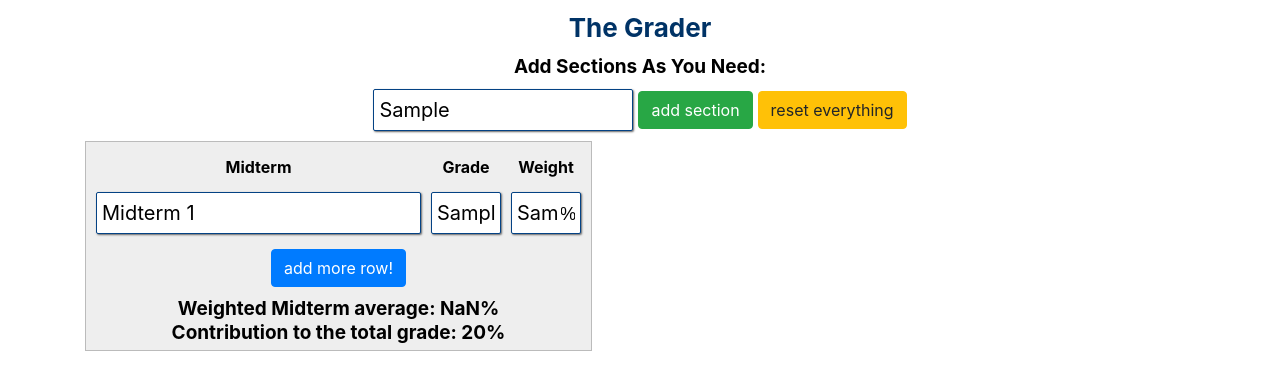
Repository: BarishNamazov/BarishNamazov.github.io
Page: thegrader/index.html
An editor plug-in stored every save of this project. The page is shown before and after the next save, followed by the edit.
The browser window is 1280 px wide. The pictures show the whole page.
Empty fields were first filled with sample values (such as "Sample", 5 or name@example.com).
After loading, the first visible `input.gradeValue` was changed once.

Above is the page before, as saved 2020-10-31 18:50:29.

### thegrader/index.html
<!doctype html>
<html lang="en">
  <head>
    <meta charset="utf-8">
    <meta name="viewport" content="width=device-width, initial-scale=1, shrink-to-fit=no">

    <!-- Bootstrap CSS -->
    <link rel="stylesheet" href="https://cdn.jsdelivr.net/npm/bootstrap@4.5.3/dist/css/bootstrap.min.css" integrity="sha384-TX8t27EcRE3e/ihU7zmQxVncDAy5uIKz4rEkgIXeMed4M0jlfIDPvg6uqKI2xXr2" crossorigin="anonymous">

    <!-- Custon CSS -->
    <link rel="stylesheet" href="app.css">

    <title>The Grader</title>
  </head>
  <body>
    <div class="container">
      <div class="row">
        <div class="col-lg-12">
          <h1>The Grader</h1>

          <h3>Add Sections As You Need:</h3>

          <div class="divSectionAdder">
            <input type="text" class="sectionName" placeholder="section name (e.g. Quiz)"><button valign="center" class="btn btn-success sectionAdder" id="sectionAdder">add section</button><button style="margin-left: 5px" valign="center" class="btn btn-warning resetter">reset everything</button>
          </div>

          <table class="gradePanel">
            <tbody>
              <tr>
                <td>
                  <table>
                    <tbody>
                      <tr class="rowHeader">
                        <td class="tableHeader tableName"><strong>Midterm</strong></td>
                        <td class="tableHeader"><strong>Grade</strong></td>
                        <td class="tableHeader"><strong>Weight</strong></td>
                      </tr>
                      <tr>
                        <td><input type="text" class="gradeName" value="Midterm 1"></td>
                        <td><input type="text" class="gradeValue" placeholder="100"></td>
                        <td><input type="text" class="gradeWeight percentIcon" placeholder="20"></td>
                      </tr>
                    </tbody>
                  </table>

                  <div class="moreRows"></div>

                  <button class="btn btn-primary rowAdder" id="section1RowAdder">add more row!</button>

                  <div class="gradeBar">
                    <h3>
                      Weighted <span class="nameOfSection">Midterm</span> average: <span class="sectionAverage">100</span>%
                      <br>
                      Contribution to the total grade: <span class="sectionContribution">20</span>%
                    </h3>
                  </div>
                </td>
              </tr>
            </tbody>
          </table>
          <div class="moreSections"></div>
        </div>
      </div>
    </div>



    <script src="https://code.jquery.com/jquery-3.5.1.slim.min.js" integrity="sha384-DfXdz2htPH0lsSSs5nCTpuj/zy4C+OGpamoFVy38MVBnE+IbbVYUew+OrCXaRkfj" crossorigin="anonymous"></script>
    <script src="https://cdn.jsdelivr.net/npm/bootstrap@4.5.3/dist/js/bootstrap.bundle.min.js" integrity="sha384-ho+j7jyWK8fNQe+A12Hb8AhRq26LrZ/JpcUGGOn+Y7RsweNrtN/tE3MoK7ZeZDyx" crossorigin="anonymous"></script>
    <script src="https://code.jquery.com/jquery-3.5.1.min.js" integrity="sha256-9/aliU8dGd2tb6OSsuzixeV4y/faTqgFtohetphbbj0=" crossorigin="anonymous"></script>
    <script src="scripts.js"></script>
  </body>
</html>

### thegrader/app.css
body,p,td,div,input,th,li,textarea{font-size:16px;color:#000;}

body{background:#fff;margin:0px;padding:0px;border:0;text-align: center;}

h1 {
  text-align: center;
  color: blue;
}
.divSectionAdder{
  margin: 10px auto;
  display: flex;
  align-items: center;
  justify-content: center;
}
.sectionName{
  margin-right: 5px;
  width: 260px;
}
.gradePanel{
	background:#eee;
	border: solid 1px #bbbbbb;
  padding: 10px;
  margin-bottom: 10px;
}
td{
  padding: 5px;
}

h1{color:#003366;font-size:26px;font-weight:bold;padding:0;margin:12px 0;}
#resulth1{background-color:#ffefe7;padding:0px 5px 0px 5px;border-top:#930 1px dotted;}
h2{font-size:22px;font-weight:bold;color:#003366;padding:0; margin-bottom: 2px;}
h3{font-size:19px;font-weight:bold;}
hr{border:0;color:#aaa;background-color:#aaa;height:1px;}
a{color:#069;text-decoration:underline;}
a:hover{text-decoration:none;}
input{padding: 5px;color:#000;}
select{padding: 4px;color:#000;}
option{font-size:16px;}
input[type=text],
input[type=number],
select {
	border: 1px solid #044284;
	border-radius: 2px;
	box-shadow: 1px 1px 2px #666;
	font-size:20px;
}

.tableHeader{
  text-align: center;
}
.rowHeader{
  height: 40px;
}
.gradeWeight, .gradeValue{
  text-align:center;
  width: 70px;
}
.percentIcon{
	background: white url('media/percent.svg') right 5px center no-repeat;
  padding-right: 22px;
}
.rowAdder{
  margin: 10px auto;
}
h3{
  display: inline;
}

### thegrader/scripts.js
var newRow = "<table><tbody><tr><td><input type=\"text\" class=\"gradeName\" value=\"Midterm X\" autocomplete=\"off\"></td><td><input type=\"text\" class=\"gradeValue\"></td><td><input type=\"text\" class=\"gradeWeight percentIcon\"></td></tr></tbody></table>\n ";

var newSection = "<table class=\"gradePanel\"> <tbody> <tr> <td> <table> <tbody> <tr class=\"rowHeader\"> <td class=\"tableHeader tableName\"><strong>Midterm</strong></td> <td class=\"tableHeader\"><strong>Grade</strong></td> <td class=\"tableHeader\"><strong>Weight</strong></td> </tr> <tr> <td><input type=\"text\" class=\"gradeName\" value=\"Midterm 1\" autocomplete=\"off\"></td> <td><input type=\"text\" class=\"gradeValue\" placeholder=\"100\"></td> <td><input type=\"text\" class=\"gradeWeight percentIcon\" placeholder=\"20\"></td> </tr> </tbody> </table> <div class=\"moreRows\"></div> <button class=\"btn btn-primary rowAdder\">add more row!</button> </td> </tr> </tbody> </table>";

// $("input").attr("autocomplete", "off");
// $("input:not(:.gradeName").val(null);

// var lol = 0;
// while(lol++ < 1) {
//   location.reload(true);
// }
$(".resetter").on("click", function(){
  location.reload(true);
});

if (!String.prototype.splice) {
  String.prototype.splice = function(start, delCount, newSubStr) {
      return this.slice(0, start) + newSubStr + this.slice(start + Math.abs(delCount));
  };
}

var sectionCount = 1;

function rowAdder(){
  var idx = $(this).parents(".gradePanel").find("table").length + 1;
  var namePanel = $(this).parents(".gradePanel").find(".tableName").text();
  var editedRow = newRow.replace("Midterm X", namePanel + " " + idx);
  $(this).parents(".gradePanel").find(".moreRows").before(editedRow);
  $(".gradeValue").change(updateSectionGrade);
  $(".gradeWeight").change(updateSectionGrade);
}
$(".rowAdder").on("click", rowAdder);

function sectionAdder(dir){
  var x = (typeof dir == "string") ? $(dir) : $(this);
  var sectionInputName = $(".sectionName").val();
  if (!sectionInputName) return;
  var editedSection = newSection.replaceAll("Midterm", sectionInputName);
  $(".moreSections").before(editedSection);
  $(".rowAdder").eq(sectionCount++).on("click", rowAdder);
  $(".sectionName").val(null);
}


$(".sectionAdder").on("click", sectionAdder);
$(".sectionName").on("keypress", function(e) {
  if (e.which == 13) {
    sectionAdder(".sectionName");
  }
})

function updateSectionGrade() {
  var section = $(this).parents(".gradePanel");
  var grades = section.find(".gradeValue"), weights = section.find(".gradeWeight");
  var contribution = 0.0;
  for (var i = 0; i < grades.length; i++) {
    // console.log(grades[i]);
    console.log(weights[i]);
    contribution += Number(grades[i].value) * Number(weights[i].value) / 100.0;
  }
  section.find(".sectionAverage").text(contribution);
}
$(".gradeValue").change(updateSectionGrade);
$(".gradeWeight").change(updateSectionGrade);

After the next save:
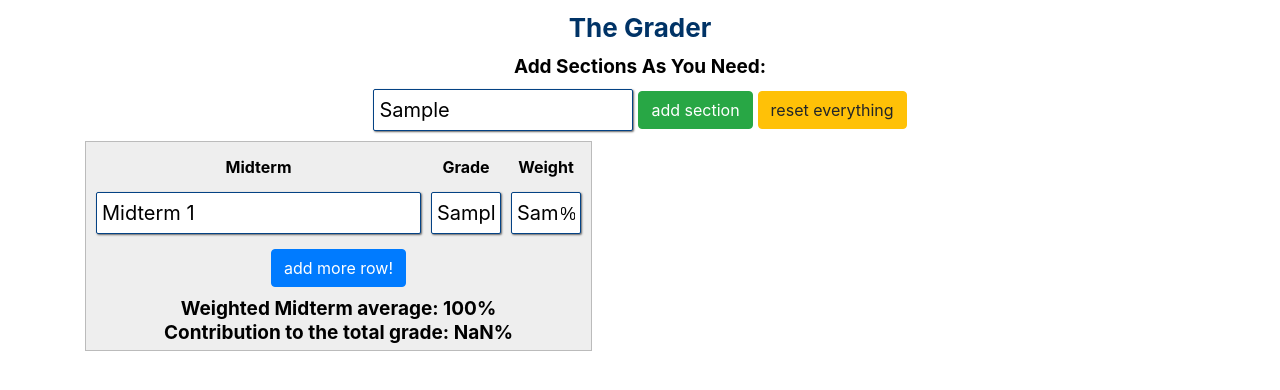
Saved 96 s later.
--- a/thegrader/scripts.js
+++ b/thegrader/scripts.js
@@ -58,7 +58,7 @@ function updateSectionGrade() {
     console.log(weights[i]);
     contribution += Number(grades[i].value) * Number(weights[i].value) / 100.0;
   }
-  section.find(".sectionAverage").text(contribution);
+  section.find(".sectionContribution").text(contribution);
 }
 $(".gradeValue").change(updateSectionGrade);
 $(".gradeWeight").change(updateSectionGrade);
